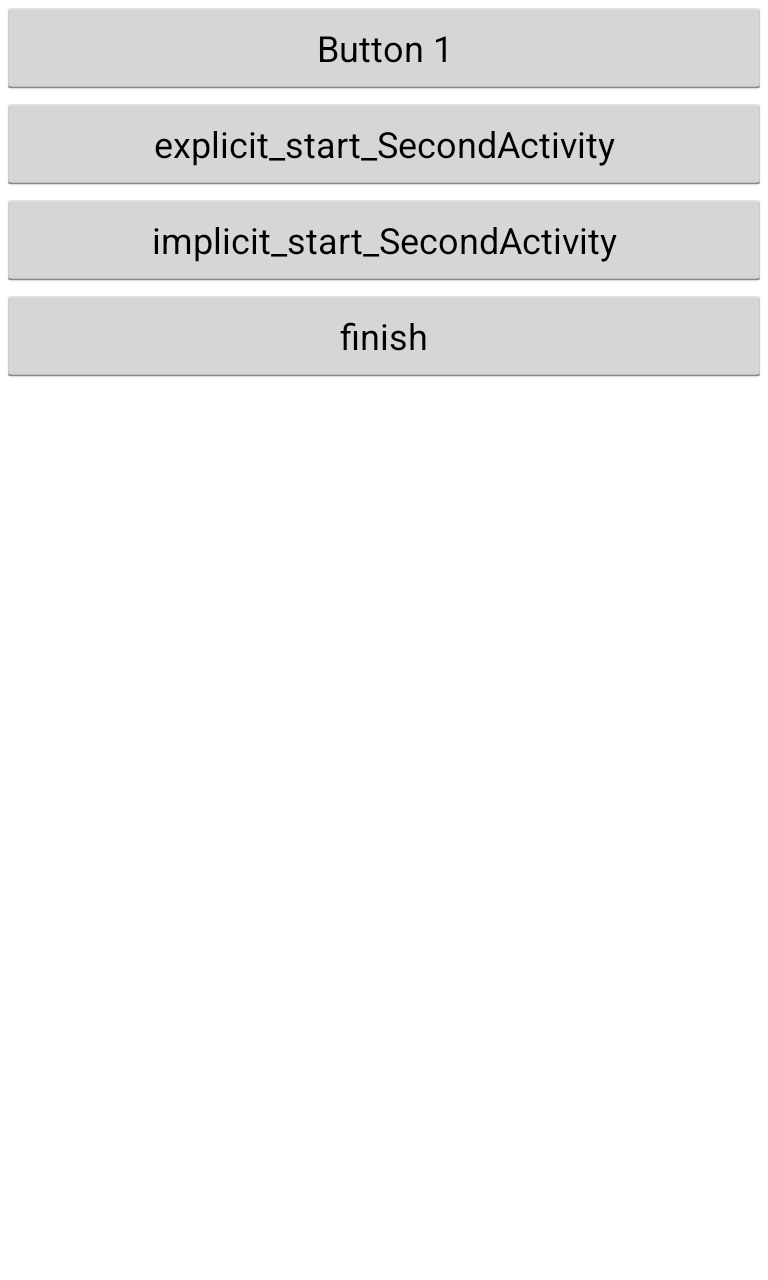
Repository: hohoTT/Android_summarize
Layout: ActivityTest/res/layout/first_layout.xml
These files come from the project's save history. The layout is drawn as it stood at one moment and after the next save; the edit follows.
It is drawn on a 768 x 1280 px phone screen (xhdpi) without system bars, with theme AppTheme; the app's code is not run.

Above is the layout before, as saved 2016-02-22 04:26:19.

After the next save:
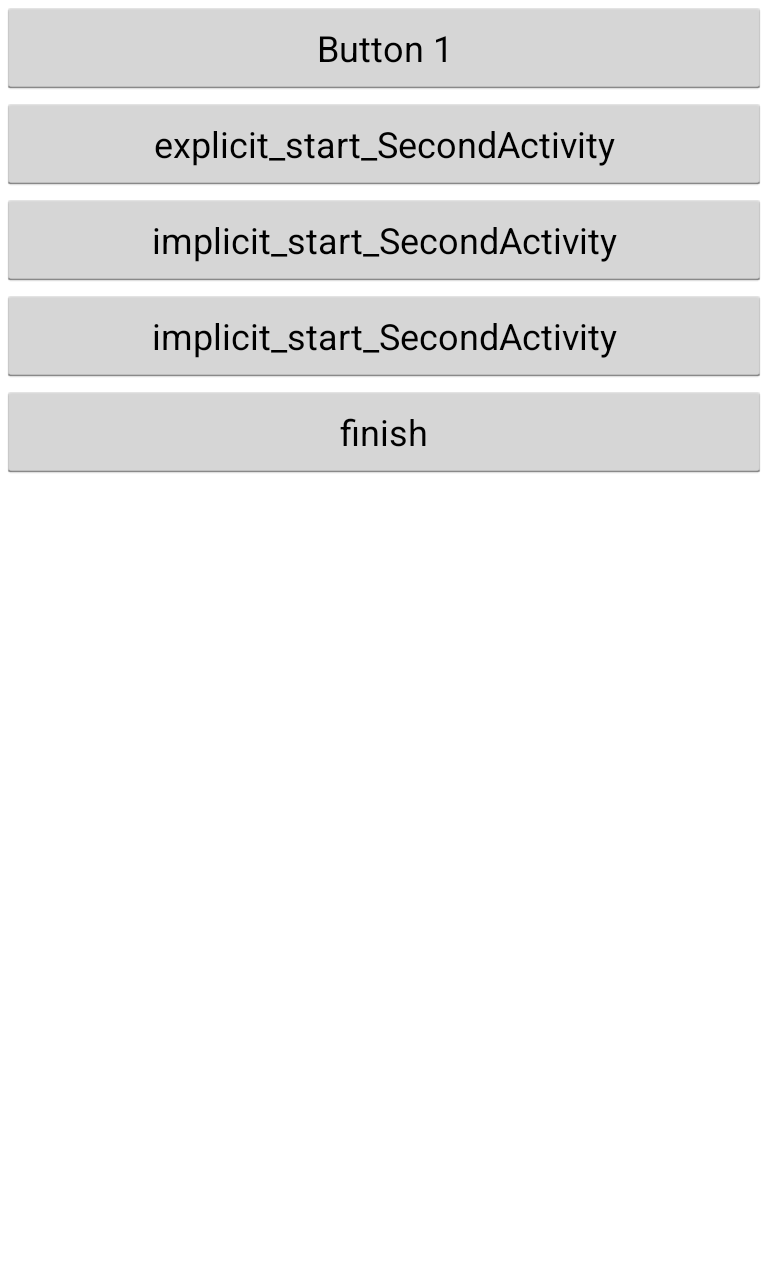
Saved 88 s later.
--- a/ActivityTest/res/layout/first_layout.xml
+++ b/ActivityTest/res/layout/first_layout.xml
@@ -23,6 +23,12 @@
         android:text="implicit_start_SecondActivity" />
 
     <Button
+        android:id="@+id/button_baidu"
+        android:layout_width="match_parent"
+        android:layout_height="wrap_content"
+        android:text="implicit_start_SecondActivity" />
+
+    <Button
         android:id="@+id/button_finish"
         android:layout_width="match_parent"
         android:layout_height="wrap_content"
